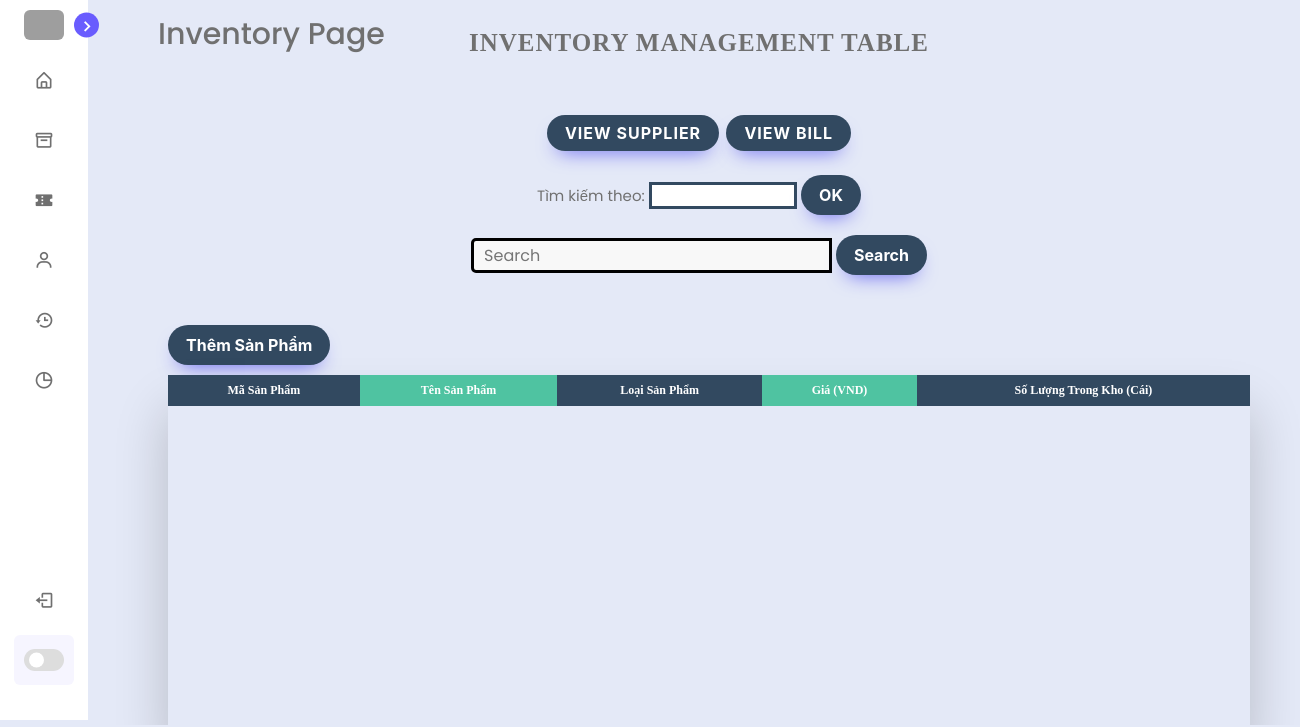
Repository: JeffDaveHudson/CapstoneProject
Page: http://localhost/CapstoneProject/inventory
The author's editor kept a copy of each file at every save. The page is drawn from the files as they stood at one save, then again after the next save.
The browser window is 1280 px wide. The page is 1300 px wide, so the pictures cover 1300 px, including what lies to the right of the window. The pictures show the whole page.
Pictures or frames that could not be fetched are drawn as grey boxes. The page is served by Tomcat 9.

Above is the page before, as saved 2023-05-25 04:51:44.

After the next save:
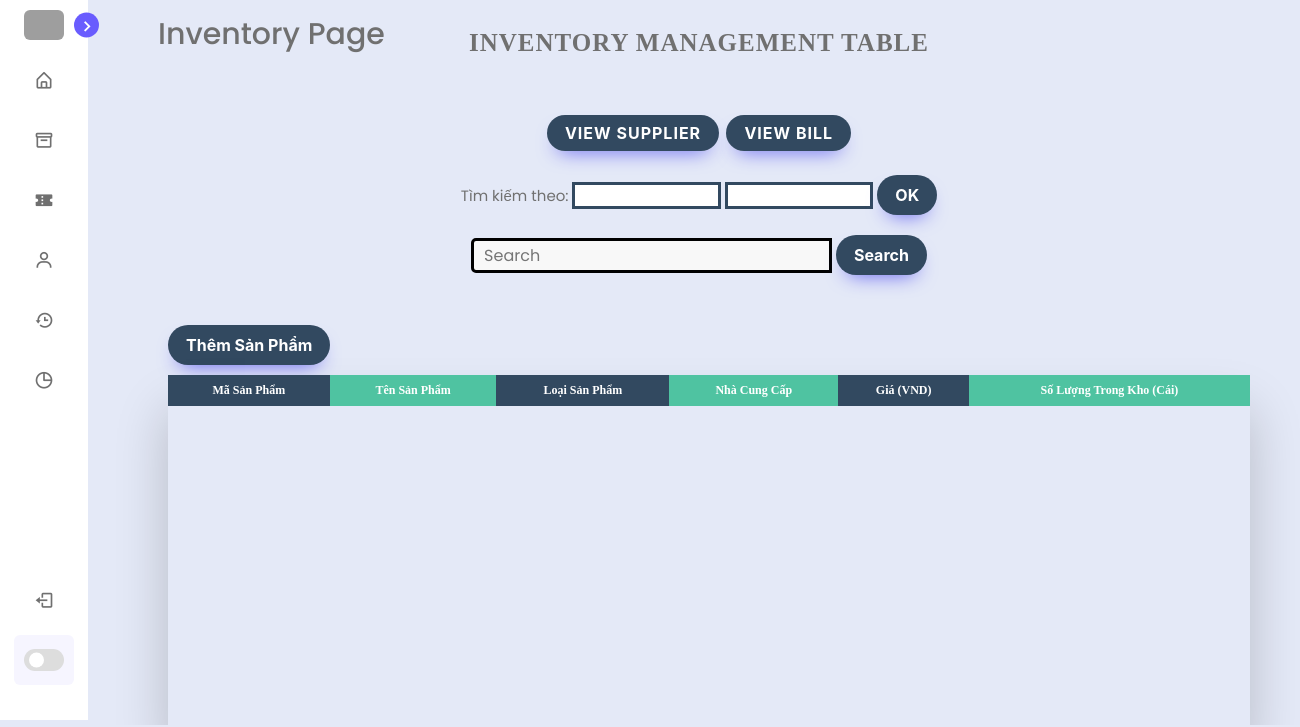
Saved 52 s later.
--- a/CapstoneProject/src/main/webapp/admin/Inventory.jsp
+++ b/CapstoneProject/src/main/webapp/admin/Inventory.jsp
@@ -39,11 +39,11 @@
   											<option value ="${producttypelist.id }">${producttypelist.productType }</option>
       									</c:forEach>
     								</select>
-    								<%-- <select name="inventorySupplierClicked" class="select">
+    								<select name="inventorySupplierClicked" class="select">
     									<c:forEach items="${supplierList}" var="supplierlist">
   											<option value="${supplierlist.id }">${supplierlist.supplierName }</option>
       									</c:forEach>
-    								</select> --%>
+    								</select>
     								<button class = "button-search" type = "submit">OK</button>
     	</form:form>
         <form:form id="form2" action="inventorysearch">
@@ -75,7 +75,7 @@
             <th>Mã Sản Phẩm</th>
             <th>Tên Sản Phẩm</th>
             <th>Loại Sản Phẩm</th>
-            <!-- <th>Nhà Cung Cấp</th> -->
+            <th>Nhà Cung Cấp</th>
             <th>Giá (VND)</th>
             <th>Số Lượng Trong Kho (Cái)</th>
         </tr>
@@ -94,11 +94,11 @@
             	</c:if>
             </c:forEach>
 
-            <%-- <c:forEach items="${supplierList}" var="supplierlist">
+            <c:forEach items="${supplierList}" var="supplierlist">
             	<c:if test="${productlist.idSupplier==supplierlist.id}">
            			<td>${supplierlist.supplierName}</td>
             	</c:if>
-            </c:forEach> --%>
+            </c:forEach>
             <td>${productlist.price}</td>
 
             <%-- <c:forEach items="${productInventoryList }" var="productinventorylist">
